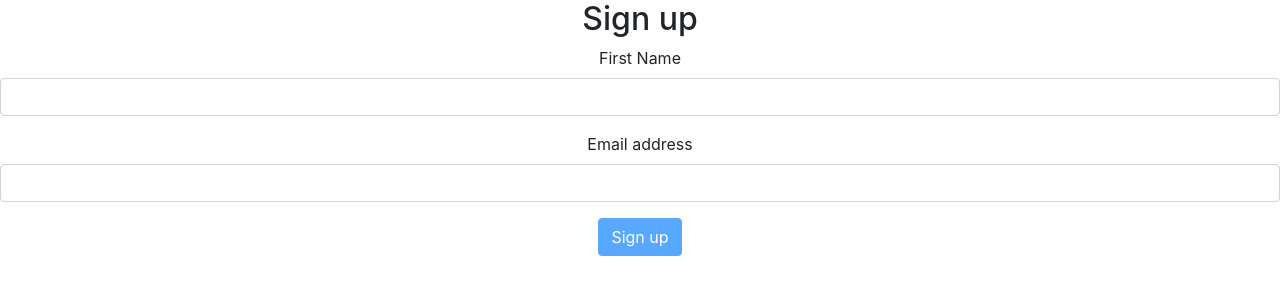
Repository: jklodge/react-form
Page: / (app in adzuna-form/)
These files come from the project's save history. The page is drawn as it stood at one moment and after the next save; the edit follows.
The browser window is 1280 px wide. The pictures show the whole page.
The project was rebuilt for these pictures with package versions that can differ from the ones it lists, and the page was loaded fresh each time.

Above is the page before, as saved 2020-01-08 22:43:34.

### adzuna-form/src/App.js
import React from "react";
import "bootstrap/dist/css/bootstrap.css";
// import "bootstrap/dist/css/bootstrap-theme.css";
import "./App.css";
import Form from "./Components/Form.js";

function App() {
  return (
    <div className="App">
      <main>
        <Form />
      </main>
    </div>
  );
}

export default App;

### adzuna-form/src/Components/Form.js
import React, { Component } from "react";
import { ErrorValidation } from "./ErrorValidation";
// import "./Form.css";
class Form extends Component {
  state = {
    email: "",
    name: "",
    errorValidation: { email: "", name: "" },
    emailValid: false,
    nameValid: false,
    formValid: false
  };

  handleChange = e => {
    const value = e.target.value;
    const name = e.target.name;
    this.setState(
      {
        ...this.state,
        [e.target.name]: value
      },
      () => {
        this.validateField(name, value);
      }
    );
    console.log(this.state);
  };

  validateField = (fieldName, value) => {
    let fieldValidationErrors = this.state.errorValidation;
    let emailValid = this.state.emailValid;
    let nameValid = this.state.nameValid;

    switch (fieldName) {
      case "email":
        emailValid = value.match(/^([\w.%+-]+)@([\w-]+\.)+([\w]{2,})$/i);
        fieldValidationErrors.email = emailValid ? "" : " is invalid";
        break;
      case "name":
        nameValid = value.length >= 1;
        fieldValidationErrors.name = nameValid ? "" : " is too short";
        break;
      default:
        break;
    }
    this.setState(
      {
        errorValidation: fieldValidationErrors,
        emailValid: emailValid,
        nameValid: nameValid
      },
      this.validateForm
    );
  };

  validateForm = () => {
    this.setState({
      formValid: this.state.emailValid && this.state.nameValid
    });
  };

  errorClass = error => {
    return error.length === 0 ? "" : "has-error";
  };

  render() {
    return (
      <div className="adzuna-form">
        <form className="formContainer">
          <h2>Sign up</h2>
          <div
            className={`form-group
                 ${this.errorClass(this.state.errorValidation.name)}`}
          >
            <label htmlFor="text">First Name</label>
            <input
              type="text"
              className="form-control"
              name="name"
              value={this.state.name}
              onChange={this.handleChange}
              required
            />
          </div>
          <div
            className={`form-group
                 ${this.errorClass(this.state.errorValidation.email)}`}
          >
            <label htmlFor="email">Email address</label>
            <input
              type="email"
              className="form-control"
              name="email"
              value={this.state.email}
              onChange={this.handleChange}
              required
            />
          </div>
          <button
            type="submit"
            className="btn btn-primary"
            disabled={!this.state.formValid}
          >
            Sign up
          </button>
        </form>
        <div className="panel panel-default">
          <ErrorValidation errorValidation={this.state.errorValidation} />
        </div>
      </div>
    );
  }
}
export default Form;

### adzuna-form/src/Components/ErrorValidation.js
import React from "react";
export const ErrorValidation = ({ errorValidation }) => (
  <div className="formErrors">
    {Object.keys(errorValidation).map((fieldName, i) => {
      if (errorValidation[fieldName].length > 0) {
        return (
          <p key={i}>
            {fieldName} {errorValidation[fieldName]}
          </p>
        );
      } else {
        return "";
      }
    })}
  </div>
);

Loaded but not shown: adzuna-form/public/index.html (common file); adzuna-form/src/index.js (common file); adzuna-form/src/index.css (common file); adzuna-form/src/serviceWorker.js (common file); adzuna-form/src/App.css (common file)

After the next save:
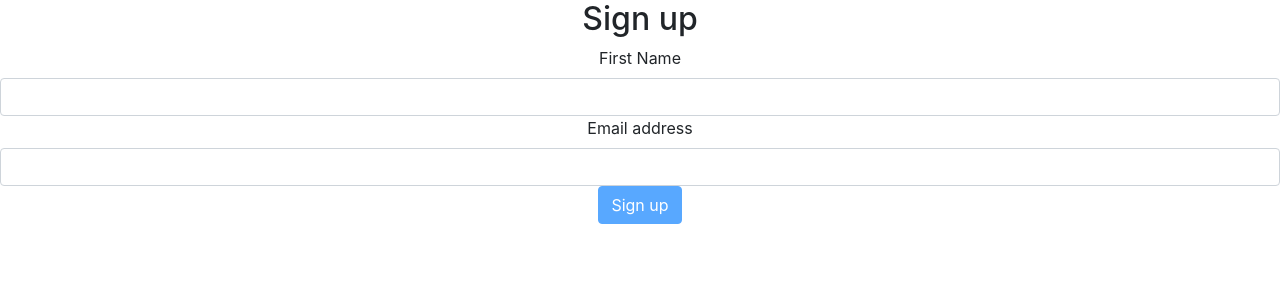
Saved 38 s later.
--- a/adzuna-form/src/Components/Form.js
+++ b/adzuna-form/src/Components/Form.js
@@ -69,7 +69,7 @@ class Form extends Component {
         <form className="formContainer">
           <h2>Sign up</h2>
           <div
-            className={`form-group
+            className={`form
                  ${this.errorClass(this.state.errorValidation.name)}`}
           >
             <label htmlFor="text">First Name</label>
@@ -83,7 +83,7 @@ class Form extends Component {
             />
           </div>
           <div
-            className={`form-group
+            className={`form
                  ${this.errorClass(this.state.errorValidation.email)}`}
           >
             <label htmlFor="email">Email address</label>
